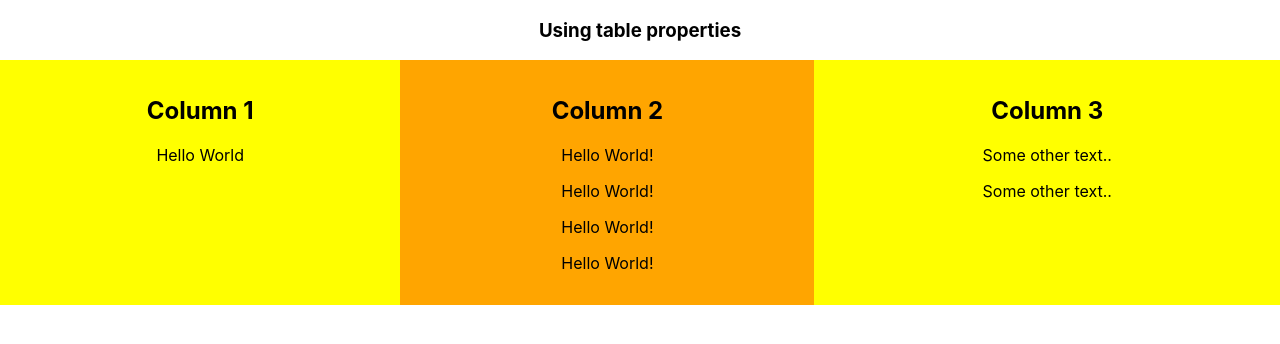
Repository: fdhhhdjd/Redux-Toolkit-CURD-Firebase
Page: /view/1
These files come from the project's save history. The page is drawn as it stood at one moment and after the next save; the edit follows.
The browser window is 1280 px wide. The pictures show the whole page.
The project was rebuilt for these pictures with package versions that can differ from the ones it lists, and the page was loaded fresh each time. Also part of the build but not shown: src/Styles/Home.css, src/Component/Home.js, src/Styles/AddEdit.css, src/Component/AddEdit.js.

Above is the page before, as saved 2021-10-24 21:48:30.

After the next save:
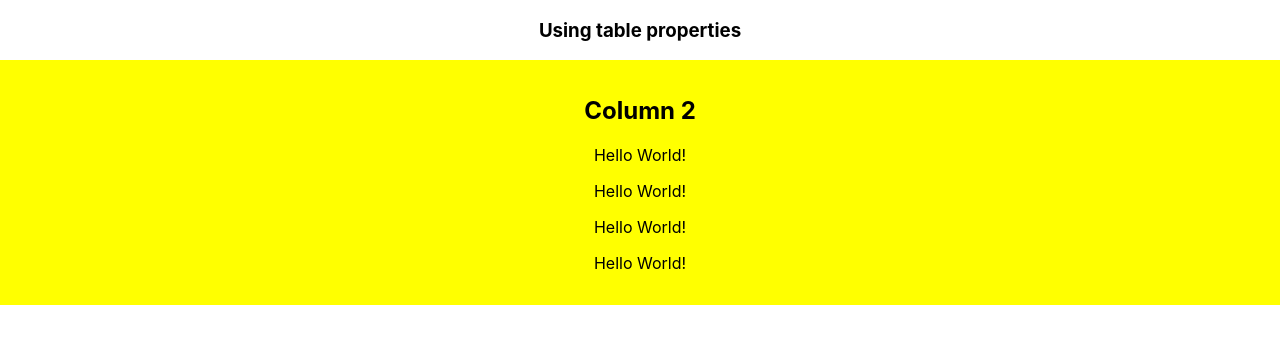
Saved 36 s later.
--- a/src/Component/View.js
+++ b/src/Component/View.js
@@ -20,22 +20,11 @@ const View = () => {
       <h3> Using table properties</h3>
       <div class="col-wrap">
         <div class="col">
-          <h2>Column 1</h2>
-          <p>Hello World</p>
-        </div>
-
-        <div class="col">
           <h2>Column 2</h2>
           <p>Hello World!</p>
           <p>Hello World!</p>
           <p>Hello World!</p>
           <p>Hello World!</p>
-        </div>
-
-        <div class="col">
-          <h2>Column 3</h2>
-          <p>Some other text..</p>
-          <p>Some other text..</p>
         </div>
       </div>
     </>
